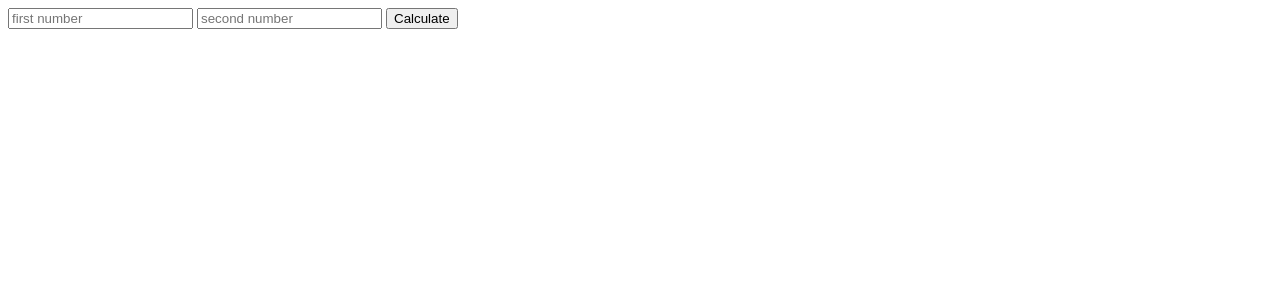
Repository: vasucp1207/The-Complete-2022-Web-Development-Bootcamp
Page: calculator/index.html
An editor plug-in stored every save of this project. The page is shown before and after the next save, followed by the edit.
The browser window is 1280 px wide. The pictures show the whole page.

Above is the page before, as saved 2022-10-16 17:01:14.

After the next save:
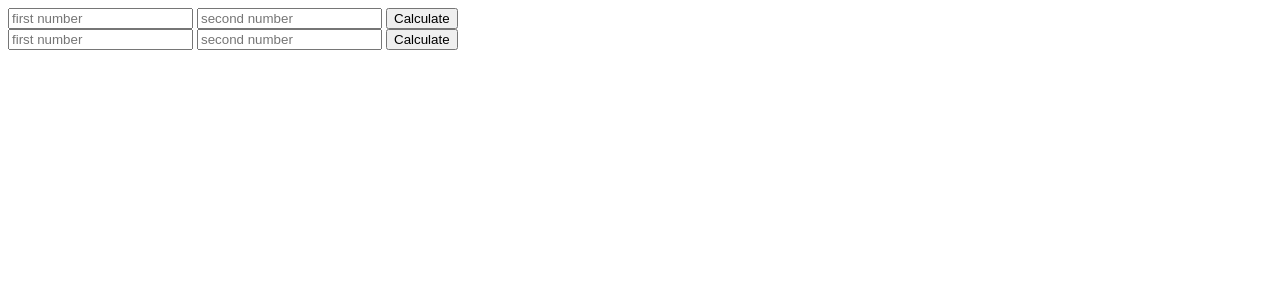
Saved 89 s later.
--- a/calculator/index.html
+++ b/calculator/index.html
@@ -12,5 +12,11 @@
         <input type="text" name="num2" placeholder="second number" />
         <button type="submit">Calculate</button>
     </form>
+
+    <form action="/" method="post">
+        <input type="text" name="num1" placeholder="first number" />
+        <input type="text" name="num2" placeholder="second number" />
+        <button type="submit">Calculate</button>
+    </form>
 </body>
 </html>
